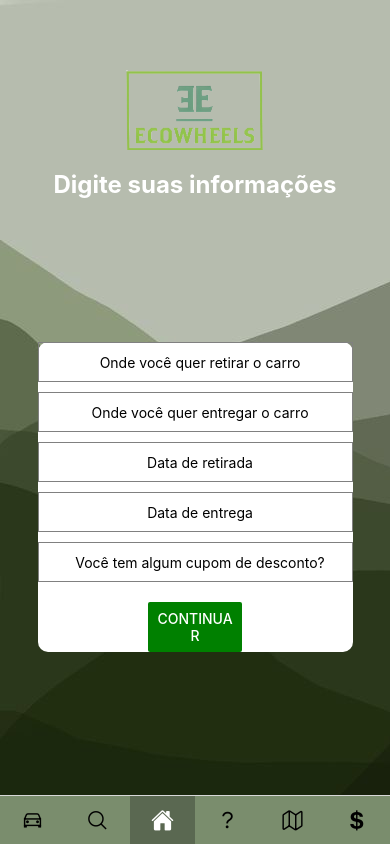
Repository: GabrielAron/EcoWheels
Screen: /Home
These files come from the project's save history. The screen is drawn as it stood at one moment and after the next save; the edit follows.
The app was drawn by React Native's web renderer in a window 390 px wide. The project was rebuilt for these pictures with package versions that can differ from the ones it lists, and the page was loaded fresh each time. Also part of the build but not shown: src/Paginas/Carros/index.js, src/Paginas/Ajuda/index.js, src/Paginas/Mapa/index.js, src/Paginas/Pagamento/pagamento.js.

Above is the screen before, as saved 2023-11-25 12:57:20.

### App.js
import React from 'react';
import Routes from './src/Paginas/routes';
import { ReservaProvider } from './src/Paginas/ReservaContext';


function App() {
  return (
    <ReservaProvider>
      <Routes />
    </ReservaProvider>
  );
}

export default App;

### src/Paginas/routes.js
import React from 'react';
import { createBottomTabNavigator } from '@react-navigation/bottom-tabs';
import { NavigationContainer } from '@react-navigation/native';
import { Ionicons } from '@expo/vector-icons';

import Home from './Home';
import Explorar from './Carros';
import Ajuda from './Ajuda';
import Reservas from './Locacoes';
import Recarga from './Mapa';
import Pagamento from './Pagamento/pagamento';

const Tab = createBottomTabNavigator();

export default function Routes() {
  return (
    <NavigationContainer>
      <Tab.Navigator
        tabBarOptions={{
          showLabel: false,
          inactiveBackgroundColor: '#7A8D6D',
          activeBackgroundColor: '#5A6851',
        }}
        style={{
          position: 'absolute',
          backgroundColor: '#7A8D6D',
          height: 100,
        }}
      >
        <Tab.Screen
          name="Reservas"
          component={Reservas}
          options={{
            headerShown: false,
            tabBarIcon: ({ color, size, focused }) => {
              if (focused) {
                return <Ionicons name="md-car" size={23} color="#FFF" />;
              } else {
                return <Ionicons name="md-car-outline" size={23} color="#000000" />;
              }
            },
          }}
        />
        <Tab.Screen
          name="Explorar"
          component={Explorar}
          options={{
            headerShown: false,
            tabBarIcon: ({ color, size, focused }) => {
              if (focused) {
                return <Ionicons name="md-search" size={23} color="#FFF" />;
              } else {
                return <Ionicons name="md-search-outline" size={23} color="#000000" />;
              }
            },
          }}
        />
        <Tab.Screen
          name="Home"
          component={Home}
          options={{
            headerShown: false,
            tabBarIcon: ({ color, size, focused }) => {
              if (focused) {
                return <Ionicons name="md-home" size={23} color="#FFF" />;
              } else {
                return <Ionicons name="md-home-outline" size={23} color="#000000" />;
              }
            },
          }}
        />
        <Tab.Screen
          name="Ajuda"
          component={Ajuda}
          options={{
            headerShown: false,
            tabBarIcon: ({ color, size, focused }) => {
              if (focused) {
                return <Ionicons name="md-help" size={23} color="#FFF" />;
              } else {
                return <Ionicons name="md-help-outline" size={23} color="#000000" />;
              }
            },
          }}
        />
        <Tab.Screen
          name="Recarga"
          component={Recarga}
          options={{
            headerShown: false,
            tabBarIcon: ({ color, size, focused }) => {
              if (focused) {
                return <Ionicons name="md-map" size={23} color="#FFF" />;
              } else {
                return <Ionicons name="md-map-outline" size={23} color="#000000" />;
              }
            },
          }}
        />
         <Tab.Screen
          name="Pagamento"
          component={Pagamento}
          options={{
            headerShown: false,
            tabBarIcon: ({ color, size, focused }) => {
              if (focused) {
                return <Ionicons name="logo-usd" size={23} color="#FFF" />;

              } else {
                return <Ionicons name="logo-usd" size={23} color="#000000" />;
              }
            },
          }}
        />
      </Tab.Navigator>
    </NavigationContainer>
  );
}

### src/Paginas/ReservaContext.js
import React, { createContext, useState } from 'react';

export const ReservaContext = createContext();

export const ReservaProvider = ({ children }) => {
  const [reservas, setReservas] = useState([]);

  return (
    <ReservaContext.Provider value={{ reservas, setReservas }}>
      {children}
    </ReservaContext.Provider>
  );
};

### src/Paginas/Home/index.js
import React, { useState } from 'react';
import { View, Text, TextInput, Button, StyleSheet, ImageBackground, Modal, TouchableOpacity, Image } from 'react-native';
import Fundo from '/imagens/fundoverde.jpg';
import Logo from '/imagens/Logo_EletriCar.png';

export default function Home() {
  const [date, setDate] = useState('');
  const [returnDate, setReturnDate] = useState('');
  const [showModal, setShowModal] = useState(false);

  const handleDateChange = (text) => {
    const numericText = text.replace(/[^0-9]/g, '');
    let formattedText = numericText.replace(/(\d{2})(\d{2})(\d{4})/, '$1/$2/$3');
    formattedText = formattedText.substring(0, 10);
    setDate(formattedText);
  };

  const handleReturnDateChange = (text) => {
    const numericText = text.replace(/[^0-9]/g, '');
    let formattedText = numericText.replace(/(\d{2})(\d{2})(\d{4})/, '$1/$2/$3');
    formattedText = formattedText.substring(0, 10);
    setReturnDate(formattedText);
  };

  const handleContinue = () => {
    if (date.trim() === '' || returnDate.trim() === '') {
      setShowModal(true);
    } else {
      // Lógica para continuar
    }
  };

  return (
    <ImageBackground source={Fundo} style={styles.image}>
      <View style={styles.container}>
        <View style={styles.logoContainer}>
          <Image source={Logo} style={styles.logo} resizeMode="contain" />
          <Text style={styles.title}>Digite suas informações</Text>
        </View>
        <View style={styles.cardContainer}>
          <View style={styles.formContainer}>
            <TextInput style={styles.input} placeholder="Onde você quer retirar o carro" />
            <TextInput style={styles.input} placeholder="Onde você quer entregar o carro" />
            <TextInput style={styles.input} placeholder="Data de retirada" keyboardType="numeric" value={date} onChangeText={handleDateChange} />
            <TextInput style={styles.input} placeholder="Data de entrega" keyboardType="numeric" value={returnDate} onChangeText={handleReturnDateChange} />
            <TextInput style={styles.input} placeholder="Você tem algum cupom de desconto?" />
            <View style={styles.buttonContainer}>
              <Button title="Continuar" onPress={handleContinue} color="green" />
            </View>
          </View>
        </View>
        <Modal visible={showModal} animationType="fade" transparent>
          <View style={styles.modalContainer}>
            <View style={styles.modalContent}>
              <Text style={styles.modalText}>Preencha todos os campos corretamente!</Text>
              <TouchableOpacity style={styles.modalButton} onPress={() => setShowModal(false)}>
                <Text style={styles.modalButtonText}>OK</Text>
              </TouchableOpacity>
            </View>
          </View>
        </Modal>
      </View>
    </ImageBackground>
  );
}

const styles = StyleSheet.create({
  container: {
    flex: 1,
    justifyContent: 'center',
    padding: 20,
  },
  image: {
    flex: 1,
    resizeMode: 'cover',
    justifyContent: 'center',
  },
  title: {
    fontSize: 24,
    fontWeight: 'bold',
    textAlign: 'center',
    marginBottom: 10, // Altere o valor para reduzir a margem inferior
    color: '#fff',
  },
  cardContainer: {
    flex: 1,
    justifyContent: 'center',
    alignItems: 'center',
  },
  input: {
    height: 40,
    borderColor: 'gray',
    borderWidth: 1,
    marginBottom: 10,
    paddingLeft: 10,
    textAlign: 'center',
  },
  formContainer: {
    backgroundColor: 'white',
    borderRadius: 10,
    width: '90%',
    alignSelf: 'center',

  },
  buttonContainer: {
    width: '30%',
    alignSelf: 'center',
    marginTop: 10,
  },
  modalContainer: {
    flex: 1,
    justifyContent: 'center',
    alignItems: 'center',
    backgroundColor: 'rgba(0, 0, 0, 0.5)',
  },
  modalContent: {
    backgroundColor: 'white',
    borderRadius: 10,
    padding: 20,
    alignItems: 'center',
    elevation: 5,
  },
  modalText: {
    fontSize: 18,
    marginBottom: 1,
  },
  modalButton: {
    backgroundColor: 'green',
    borderRadius: 5,
    paddingVertical: 10,
    paddingHorizontal: 20,
  },
  modalButtonText: {
    color: 'white',
    fontWeight: 'bold',
    fontSize: 16,
  },
  logoContainer: {
    alignItems: 'center',
    marginBottom: 10, // Adicione um valor de margem inferior
  },
  logo: {
    width: 150,
    height: 150,
  },
});

### src/Paginas/Locacoes/index.js
import React, { useState, useContext } from 'react';
import { View, Text, ImageBackground, Button, StyleSheet, ScrollView, Modal, Alert } from 'react-native';
import Fundo from '/imagens/fundoverde.jpg';
import { ReservaContext } from '../ReservaContext'; // Atualize o caminho conforme necessário

const Card = ({ id, title, image }) => {
  const [modalVisible, setModalVisible] = useState(false);
  const { reservas, setReservas } = useContext(ReservaContext);
  const [carros, setCarros] = useState([

      { id: 1, title: "QUALIDADE PARA UM CONFORTO E ÓTIMO PASSEIO - Exquisite Cruiser 1.8", image: "https://cdn.leonardo.ai/users/cf8d0bec-5da3-4e6a-aed2-13735b2a6925/generations/a40b4ef5-35ec-4e32-a5ff-cc2ef5e85345/PhotoReal_make_a_background_image_for_a_cell_phone_application_2.jpg?w=512" },
      { id: 2, title: "DESIGN E CONFORTO EM UM - Rider GT 3.0", image: "https://cdn.leonardo.ai/users/cf8d0bec-5da3-4e6a-aed2-13735b2a6925/generations/a40b4ef5-35ec-4e32-a5ff-cc2ef5e85345/PhotoReal_make_a_background_image_for_a_cell_phone_application_3.jpg?w=512" },
      { id: 3, title: "FORÇA PARA DESAFIOS OFF-Road - Viper GT 3.0 ", image: "https://cdn.leonardo.ai/users/cf8d0bec-5da3-4e6a-aed2-13735b2a6925/generations/a0fe3adc-2c2f-4336-bc49-e57599170dd1/PhotoReal_faa_um_hummer_eltrico_novo_andando_por_uma_cidade_3.jpg?w=512" },
      { id: 4, title: "UM CARRO ANTIGO E ESTILOSO PARA OS AMANTES DE CLÁSSICOS - Bentley 1.8", image: "https://cdn.leonardo.ai/users/cf8d0bec-5da3-4e6a-aed2-13735b2a6925/generations/c6457b66-6149-4c4d-8408-99c27071dc1e/PhotoReal_faa_um_carro_eletrico_executivo_andando_por_uma_cida_0.jpg?w=512" },
      { id: 5, title: "UM CARRO VERSÁTIL QUE ATENDE A TODAS AS NECESSIDADES FLEXUS X 1.0", image: "https://cdn.leonardo.ai/users/cf8d0bec-5da3-4e6a-aed2-13735b2a6925/generations/f62f0f84-2ea5-4c9d-a4e3-33ade848f3b2/PhotoReal_make_a_background_image_for_a_cell_phone_application_3.jpg?w=512" },
      { id: 6, title: "UMA OPÇÃO PERFEITA PARA QUEM BUSCA PRATICIDADE E CONFORTO - LUXURY DRIVE 1.6", image: "https://cdn.leonardo.ai/users/cf8d0bec-5da3-4e6a-aed2-13735b2a6925/generations/589507b8-d87b-4a85-b05e-c325ccebd6b6/PhotoReal_make_a_background_image_for_a_cell_phone_application_1.jpg?w=512" },
      { id: 7, title: "UM CARRO ESPORTIVO COM DESEMPENHO DE ALTA POTÊNCIA Vortex GT 5.0", image: "https://fotos-jornaldocarro-estadao.nyc3.cdn.digitaloceanspaces.com/wp-content/uploads/2023/01/13072602/Carro_esportivo.jpg" },
    ]);


  return (
    <View style={styles.card}>
      <ImageBackground source={{ uri: image }} style={styles.image}>
        <View style={styles.content}>
          <Text style={styles.title}>{title}</Text>
          <Button title="Reservar" onPress={() => setModalVisible(true)} />
        </View>
      </ImageBackground>

      <Modal
        animationType="slide"
        transparent={true}
        visible={modalVisible}
        onRequestClose={() => {
          Alert.alert("Modal has been closed.");
          setModalVisible(!modalVisible);
        }}
      >
        <View style={styles.centeredView}>
          <View style={styles.modalView}>
            <Text style={styles.modalText}>Deseja mesmo reservar o carro?</Text>

            <Button
              style={[styles.button, styles.buttonClose]}
              onPress={() => {
                setReservas([...reservas, { id, title, image }]);
                setCarros(carros.filter(carro => carro.id !== id));
                setModalVisible(!modalVisible);
              }}
              title="Sim"
            />
            <Button
              style={[styles.button, styles.buttonCancel]}
              onPress={() => setModalVisible(!modalVisible)}
              title="Não"
            />
          </View>
        </View>
      </Modal>
    </View>
  );
};

export default function Reservas() {
  return (
    <View style={styles.container}>
      <ImageBackground source={Fundo} style={styles.image}>
        <Text style={styles.text}>Carros</Text>
        <View style={styles.cardContainer}>
          <ScrollView showsVerticalScrollIndicator={false}>
            <Card id={1} title="QUALIDADE PARA UM CONFORTO E ÓTIMO PASSEIO - Exquisite Cruiser 1.8" image="https://cdn.leonardo.ai/users/cf8d0bec-5da3-4e6a-aed2-13735b2a6925/generations/a40b4ef5-35ec-4e32-a5ff-cc2ef5e85345/PhotoReal_make_a_background_image_for_a_cell_phone_application_2.jpg?w=512" />
            <Card id={2} title="DESIGN E CONFORTO EM UM - Rider GT 3.0" image="https://cdn.leonardo.ai/users/cf8d0bec-5da3-4e6a-aed2-13735b2a6925/generations/a40b4ef5-35ec-4e32-a5ff-cc2ef5e85345/PhotoReal_make_a_background_image_for_a_cell_phone_application_3.jpg?w=512" />
            <Card id={3} title="FORÇA PARA DESAFIOS OFF-Road - Viper GT 3.0 " image="https://cdn.leonardo.ai/users/cf8d0bec-5da3-4e6a-aed2-13735b2a6925/generations/a0fe3adc-2c2f-4336-bc49-e57599170dd1/PhotoReal_faa_um_hummer_eltrico_novo_andando_por_uma_cidade_3.jpg?w=512" />
            <Card id={4} title="UM CARRO ANTIGO E ESTILOSO PARA OS AMANTES DE CLÁSSICOS - Bentley 1.8" image="https://cdn.leonardo.ai/users/cf8d0bec-5da3-4e6a-aed2-13735b2a6925/generations/c6457b66-6149-4c4d-8408-99c27071dc1e/PhotoReal_faa_um_carro_eletrico_executivo_andando_por_uma_cida_0.jpg?w=512" />
            <Card id={5} title="UM CARRO VERSÁTIL QUE ATENDE A TODAS AS NECESSIDADES FLEXUS X 1.0" image="https://cdn.leonardo.ai/users/cf8d0bec-5da3-4e6a-aed2-13735b2a6925/generations/f62f0f84-2ea5-4c9d-a4e3-33ade848f3b2/PhotoReal_make_a_background_image_for_a_cell_phone_application_3.jpg?w=512" />
            <Card id={6} title="UMA OPÇÃO PERFEITA PARA QUEM BUSCA PRATICIDADE E CONFORTO - LUXURY DRIVE 1.6" image="https://cdn.leonardo.ai/users/cf8d0bec-5da3-4e6a-aed2-13735b2a6925/generations/589507b8-d87b-4a85-b05e-c325ccebd6b6/PhotoReal_make_a_background_image_for_a_cell_phone_application_1.jpg?w=512" />
            <Card id={7} title="UM CARRO ESPORTIVO COM DESEMPENHO DE ALTA POTÊNCIA Vortex GT 5.0" image="https://fotos-jornaldocarro-estadao.nyc3.cdn.digitaloceanspaces.com/wp-content/uploads/2023/01/13072602/Carro_esportivo.jpg" />
          </ScrollView>
        </View>
      </ImageBackground>
    </View>
  );
}


const styles = StyleSheet.create({
  container: {
    flex: 1,
  },
  image: {
    flex: 1,
    resizeMode: 'cover',
    justifyContent: 'center',
  },
  text: {
    color: '#fffbff',
    fontSize: 36,
    position: 'absolute',
    top: 50,
    left: 0,
    right: 0,
    fontWeight: 'bold',
    textAlign: 'center',
  },
  cardContainer: {
    flex: 1,
    alignItems: 'center',
    justifyContent: 'center',
    paddingTop: 200,
    paddingLeft: 75,
  },
  card: {
    width: '90%',
    height: 200,
    marginBottom: 45,
    borderRadius: 10,
    overflow: 'hidden',
  },
  image: {
    flex: 1,
    resizeMode: 'cover',
    justifyContent: 'center',
  },
  content: {
    padding: 10,
    alignItems: 'center',
    justifyContent: 'center',
  },
  title: {
    fontSize: 16,
    fontWeight: 'bold',
    color: '#fffbff',
  },
  overlay: {
    ...StyleSheet.absoluteFillObject,
    backgroundColor: 'rgba(128, 128, 128, 0.5)',
  },
  centeredView: {
    flex: 1,
    justifyContent: "center",
    alignItems: "center",
    marginTop: 22
  },
  modalView: {
    margin: 20,
    backgroundColor: "white",
    borderRadius: 20,
    padding: 35,
    alignItems: "center",
    shadowColor: "#000",
    shadowOffset: {
      width: 0,
      height: 2
    },
    shadowOpacity: 0.25,
    shadowRadius: 4,
    elevation: 5
  },
  button: {
    borderRadius: 20,
    padding: 10,
    elevation: 2
  },
  buttonClose: {
    backgroundColor: "#2196F3",
  },
  buttonCancel: {
    backgroundColor: "#f00",
  },
  modalText: {
    marginBottom: 15,
    textAlign: "center"
  }
});

After the next save:
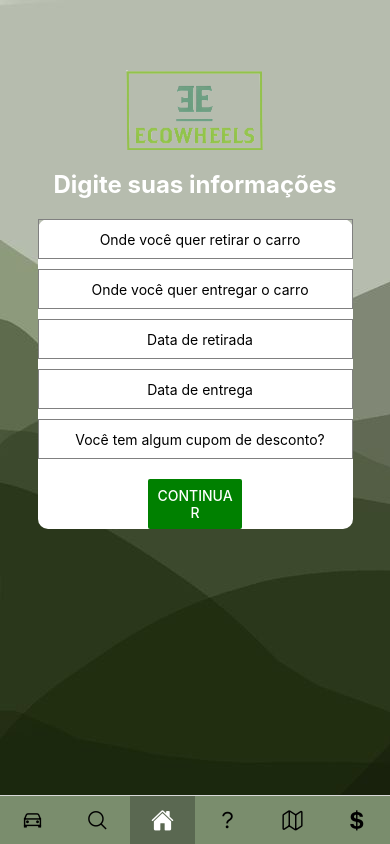
Saved 3 min 37 s later.
--- a/src/Paginas/Home/index.js
+++ b/src/Paginas/Home/index.js
@@ -84,7 +84,7 @@ const styles = StyleSheet.create({
   },
   cardContainer: {
     flex: 1,
-    justifyContent: 'center',
+
     alignItems: 'center',
   },
   input: {
